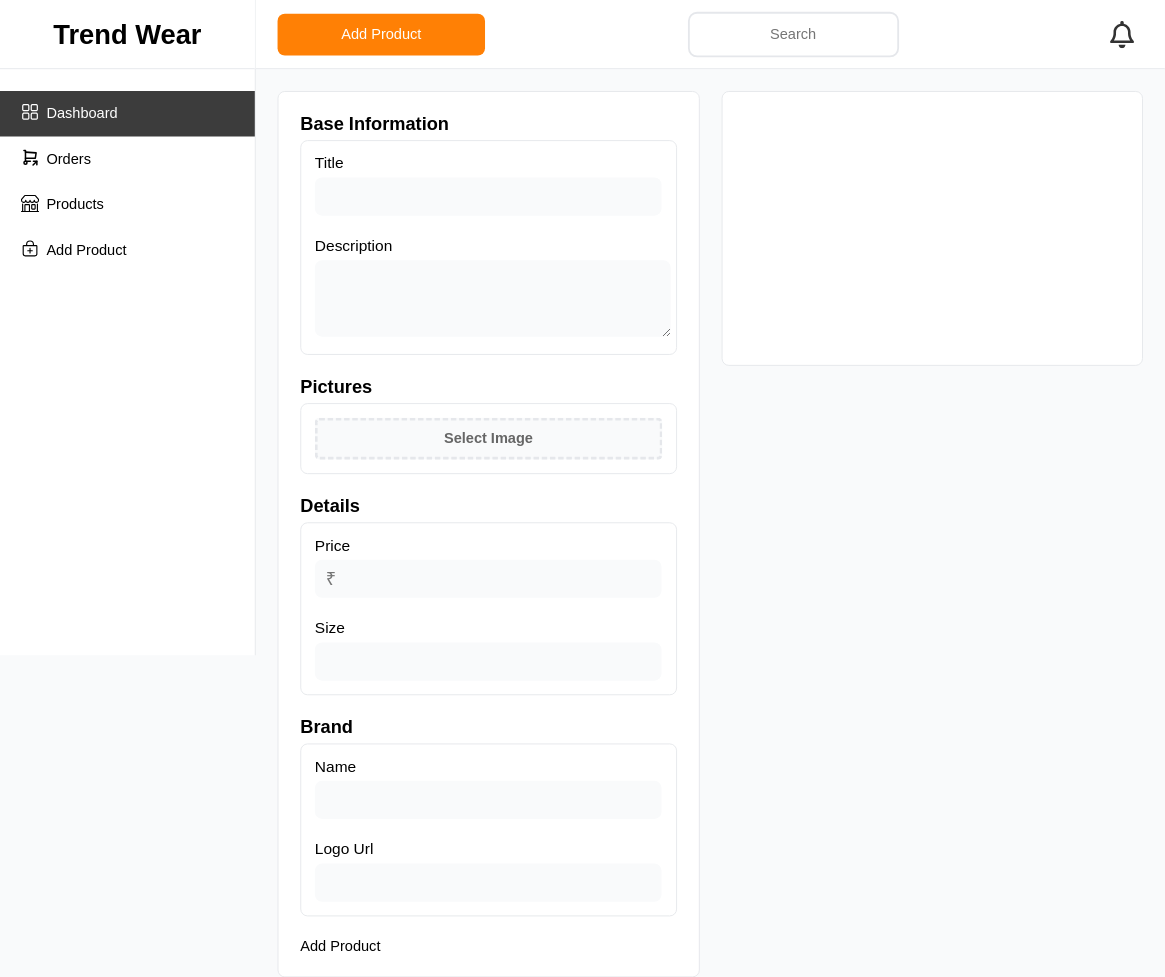
Repository: ahmad-dev7/TrendWear
Page: / (app in trend_wear_dashboard/)
The author's editor kept a copy of each file at every save. The page is drawn from the files as they stood at one save, then again after the next save.
The browser window is 1280 px wide. The pictures show the whole page, at 91% of full size.
The project was rebuilt for these pictures with package versions that can differ from the ones it lists, and the page was loaded fresh each time. Also part of the build but not shown: trend_wear_dashboard/vite.config.ts.

Above is the page before, as saved 2025-01-20 12:08:50.

After the next save:
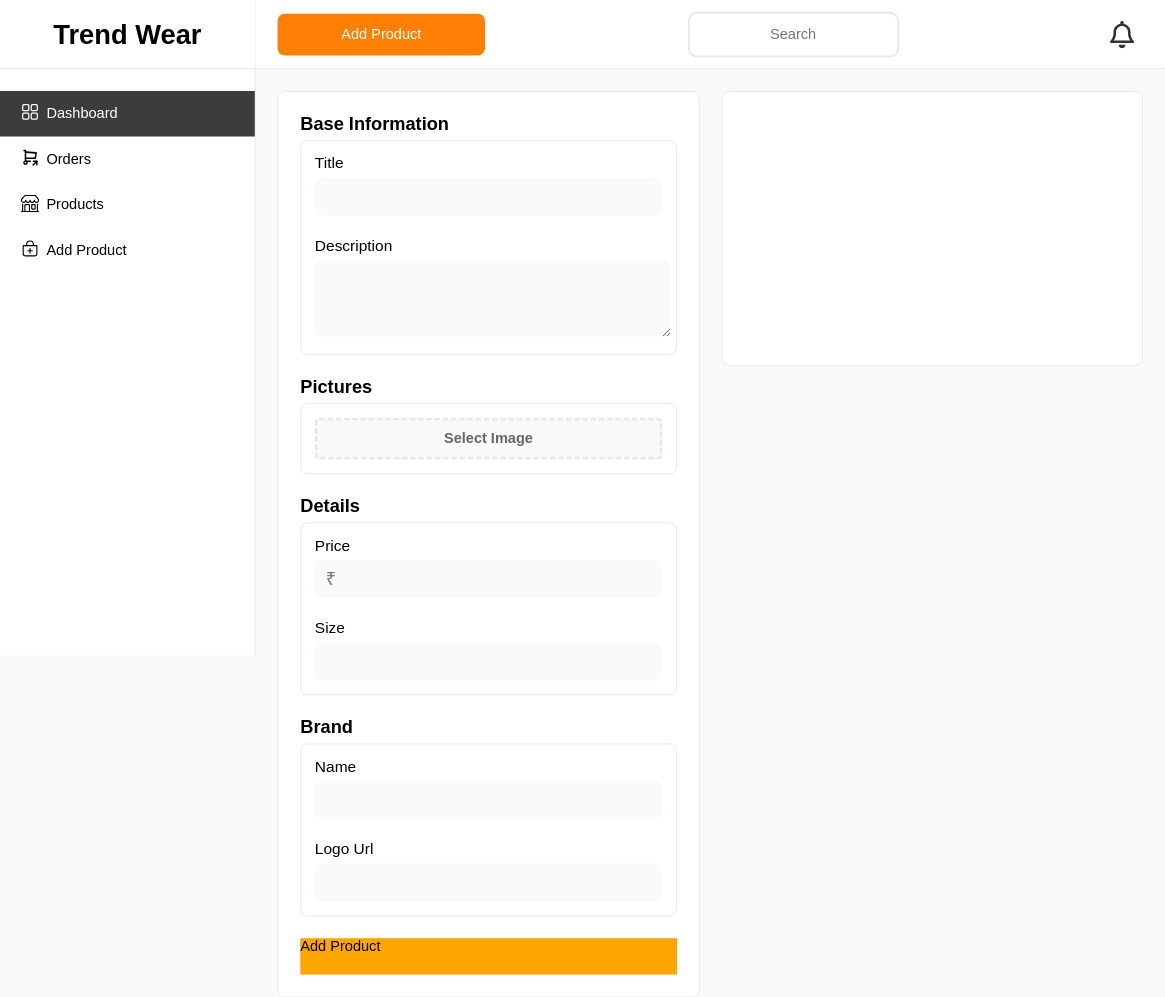
Saved 20 s later.
--- a/trend_wear_dashboard/src/Components/AddProduct/AddProduct.css
+++ b/trend_wear_dashboard/src/Components/AddProduct/AddProduct.css
@@ -17,3 +17,8 @@
 .preview-container {
     height: 300px;
 }
+
+#submit-product-button {
+    height: 40px;
+    background-color: orange;
+}
